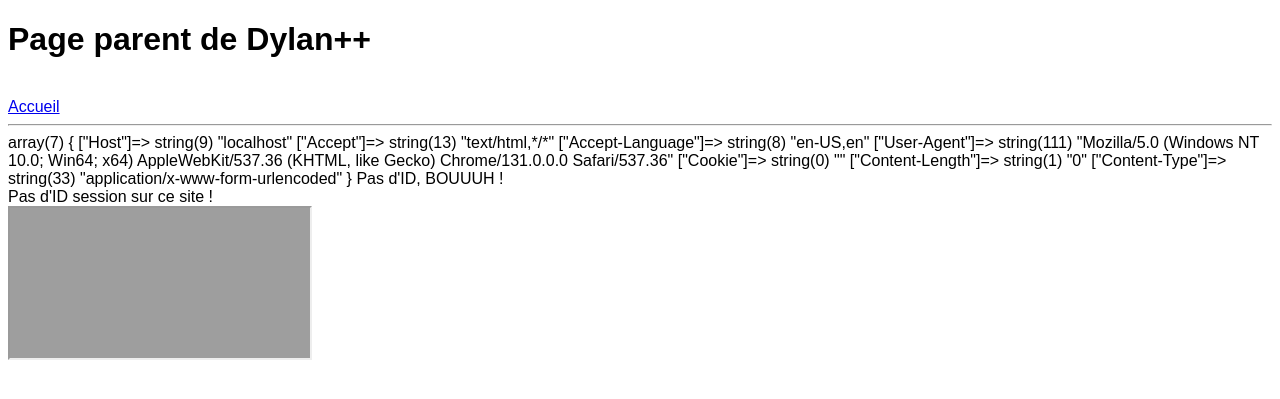
Repository: DylanCahu/cookie
Page: http://localhost/parent.php
The author's editor kept a copy of each file at every save. The page is drawn from the files as they stood at one save, then again after the next save.
The browser window is 1280 px wide. The pictures show the whole page.
Pictures or frames that could not be fetched are drawn as grey boxes. The page is run by PHP 8.4 with error messages shown; the project is at /var/www/html/.

Above is the page before, as saved 2021-12-13 09:21:27.

After the next save:
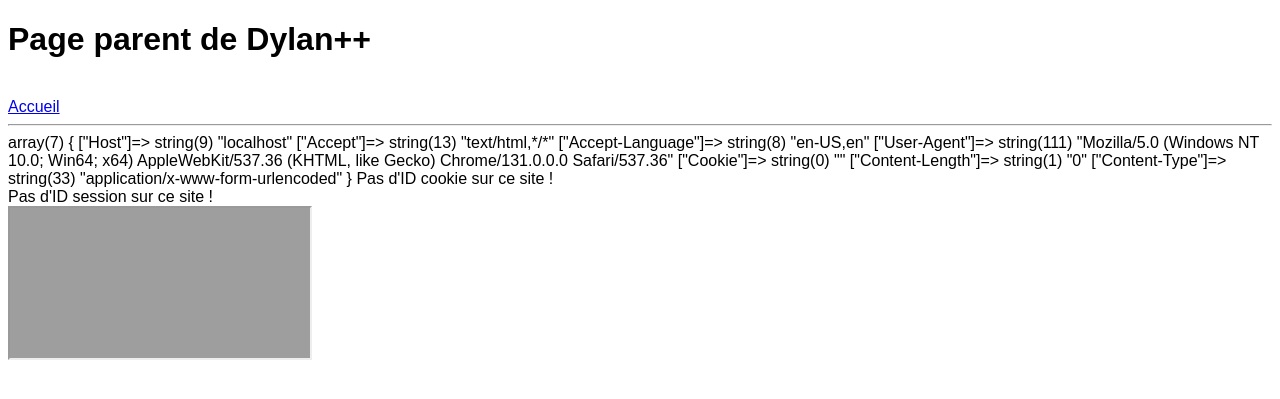
Saved 11 s later.
--- a/parent.php
+++ b/parent.php
@@ -23,7 +23,7 @@ session_start();
 
 if (isset($_COOKIE['numClient'])) {
     echo "<h3>Votre ID est: " . $_COOKIE['numClient'] . "</br> ";
-    $id = $_COOKIE['numClient'];} else {echo "Pas d'ID, BOUUUH !</br>";
+    $id = $_COOKIE['numClient'];} else {echo "Pas d'ID cookie sur ce site !</br>";
     $id = 0;}
 
 if (isset($_SESSION['numClient'])) {
